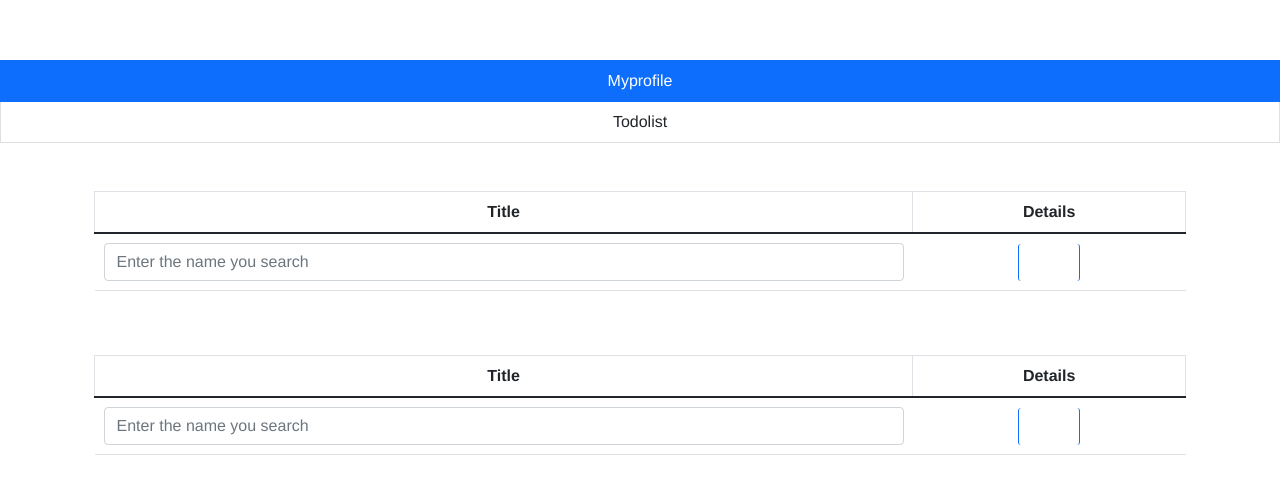
Repository: Shanshan67/todolist
Page: /#/profile
An editor plug-in stored every save of this project. The page is shown before and after the next save, followed by the edit.
The browser window is 1280 px wide. The pictures show the whole page.
The project was rebuilt for these pictures with package versions that can differ from the ones it lists, and the page was loaded fresh each time. Also part of the build but not shown: src/components/Dashboard.vue, src/components/Todolist.vue.

Above is the page before, as saved 2022-07-15 23:10:14.

### index.html
<!DOCTYPE html>
<html>
  <head>
    <meta charset="utf-8">
    <meta name="viewport" content="width=device-width,initial-scale=1.0">
    <title>baoge</title>
  </head>
  <body>
    <div id="app"></div>
    <!-- built files will be auto injected -->
  </body>
</html>

### src/main.js
// The Vue build version to load with the `import` command
// (runtime-only or standalone) has been set in webpack.base.conf with an alias.
import Vue from 'vue'
import App from './App'
import router from './router'
import store from './store'
import "bootstrap/dist/css/bootstrap.min.css"

Vue.config.productionTip = false

/* eslint-disable no-new */
new Vue({
  el: '#app',
  router,
  store,
  components: { App },
  template: '<App/>'
})

### src/App.vue
<template>
  <div id="app">
    <div>
      <router-link class="list-group-item" active-class="active" to="/profile">Myprofile</router-link>
      <router-link class="list-group-item" active-class="active" to="/todolist">Todolist</router-link>
    </div>
    <div>
      <router-view/>
    </div>
  </div>
</template>

<script>
export default {
  name: 'App'
}
</script>

<style>
#app {
  font-family: 'Avenir', Helvetica, Arial, sans-serif;
  -webkit-font-smoothing: antialiased;
  -moz-osx-font-smoothing: grayscale;
  text-align: center;
  color: #2c3e50;
  margin-top: 60px;
}
</style>

### src/router/index.js
import Vue from 'vue'
import Router from 'vue-router'
import Dashboard from '@/components/Dashboard'
import Myprofile from '../components/Myprofile'
import Todolist from '../components/Todolist'

Vue.use(Router)

export default new Router({
  routes: [
    {
      path: '/',
      name: 'Dashboard',
      component: Dashboard
    },
    {
			path:'/profile',
			component:Myprofile
		},
		{
			path:'/todolist',
			component:Todolist
		}
  ]
})

### src/store/index.js
import Vue from 'vue'
import Vuex from 'vuex'

Vue.use(Vuex)

//准备actions——用于响应组件中的动作
const actions = {
	jiaOdd(context,value){
		console.log('actions中的jiaOdd被调用了')
		if(context.state.sum % 2){
			context.commit('JIA',value)
		}
	},

}
//准备mutations——用于操作数据（state）
const mutations = {

}
//准备state——用于存储数据
const state = {

}
//准备getters——用于将state中的数据进行加工
const getters = {

}

export default new Vuex.Store({
	actions,
	mutations,
	state,
	getters
})

### src/components/Myprofile.vue
<template>
	<div class="container">
		<Search/>
		<List/>
	</div>
</template>

<script>
	import Search from './Search'
	import List from './List'
	export default {
		name:'Myprofile',
		components:{Search,List}
	}
</script>

### src/components/Search.vue
<template>
	<div class="container">
		<div class="row">
			<div class="col-12">
				<table class="table table-bordered mt-5">
					<thead>
						<tr>
							<th>Title</th>
							<th>Details</th>
						</tr>
					</thead>
					<tbody>
						<tr v-for="(item, i) in todoList" :key="i">
							<td class="align-middle w-75">

							</td>
							<td class="align-middle w-75">
								{{item.name}}
							</td>
						</tr>
					</tbody>
					<tfoot>
						<td class="align-middle text-center w-75">
							<div class="form-group">
								<input
									type="text"
									class="form-control"
									placeholder="Enter the name you search"
									v-model="todoItem.name"
								/>
							</div>
						</td>
						<td class="align-middle text-center w-75">
							<button
								class="btn btn-primary btn-sm mx-1"
								@click="handleSearch"
							>
								Search
							</button>
						</td>
					</tfoot>
				</table>
			</div>
		</div>
	</div>
</template>
<script>
	import Axios from "axios";
	const todoUrl = "http://localhost:3000/todos";
	export default {
		name:'Myprofile',
		data() {
			return {
				todoList:[],
				todoItem:{},
				editMode:false
			}
		},
		methods: {
			handleEdit(id){
				this.editMode=true;
				this.todoItem=this.todoList.find((item) => item.id == id);
			},
			handleCancel() {
				this.editMode=false;
				this.todoItem="";
			},
			async handleToDoItem(){
				const id=this.todoItem.id;
				if(this.editMode){
					await Axios.put(`${todoUrl}/${id}`, this.todoItem);
					this.editMode=false;
					this.todoItem.name="";
				}else{
					await Axios.post(todoUrl, this.todoItem);
					this.todoItem.name = "";
				}
				Axios.get(todoUrl).then((response) => (this.todoList = response.data));
			},
			async handleDelete(id) {
				await Axios.delete(`${todoUrl}/${id}`);
				Axios.get(todoUrl).then((response) => (this.todoList = response.data));
			}
		}
	}
</script>

### src/components/List.vue
<template>
	<div class="container">
		<div class="row">
			<div class="col-12">
				<table class="table table-bordered mt-5">
					<thead>
						<tr>
							<th>Title</th>
							<th>Details</th>
						</tr>
					</thead>
					<tbody>
						<tr v-for="(item, i) in todoList" :key="i">
							<td class="align-middle w-75">

							</td>
							<td class="align-middle w-75">
								{{item.name}}
							</td>
						</tr>
					</tbody>
					<tfoot>
						<td class="align-middle text-center w-75">
							<div class="form-group">
								<input
									type="text"
									class="form-control"
									placeholder="Enter the name you search"
									v-model="todoItem.name"
								/>
							</div>
						</td>
						<td class="align-middle text-center w-75">
							<button
								class="btn btn-primary btn-sm mx-1"
								@click="handleSearch"
							>
								Search
							</button>
						</td>
					</tfoot>
				</table>
			</div>
		</div>
	</div>
</template>

<script>
	import Axios from "axios";
	const todoUrl = "http://localhost:3000/todos";
	export default {
		name:'Myprofile',
		data() {
			return {
				todoList:[],
				todoItem:{},
				editMode:false
			}
		},
		methods: {
			handleEdit(id){
				this.editMode=true;
				this.todoItem=this.todoList.find((item) => item.id == id);
			},
			handleCancel() {
				this.editMode=false;
				this.todoItem="";
			},
			async handleToDoItem(){
				const id=this.todoItem.id;
				if(this.editMode){
					await Axios.put(`${todoUrl}/${id}`, this.todoItem);
					this.editMode=false;
					this.todoItem.name="";
				}else{
					await Axios.post(todoUrl, this.todoItem);
					this.todoItem.name = "";
				}
				Axios.get(todoUrl).then((response) => (this.todoList = response.data));
			},
			async handleDelete(id) {
				await Axios.delete(`${todoUrl}/${id}`);
				Axios.get(todoUrl).then((response) => (this.todoList = response.data));
			}
		}
	}
</script>

After the next save:
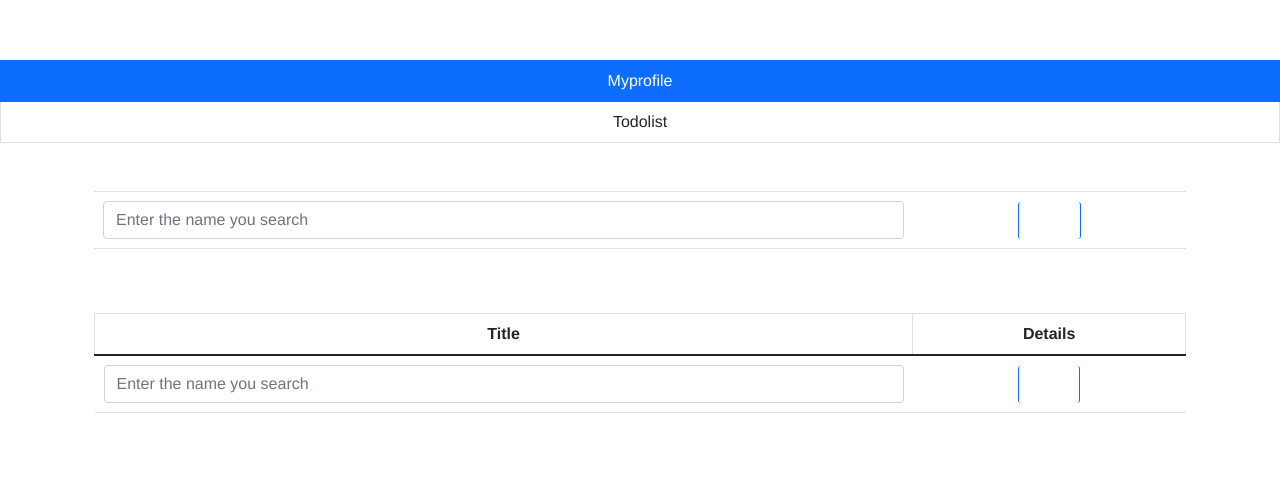
Saved 115 s later.
--- a/src/components/Search.vue
+++ b/src/components/Search.vue
@@ -3,22 +3,6 @@
 		<div class="row">
 			<div class="col-12">
 				<table class="table table-bordered mt-5">
-					<thead>
-						<tr>
-							<th>Title</th>
-							<th>Details</th>
-						</tr>
-					</thead>
-					<tbody>
-						<tr v-for="(item, i) in todoList" :key="i">
-							<td class="align-middle w-75">
-
-							</td>
-							<td class="align-middle w-75">
-								{{item.name}}
-							</td>
-						</tr>
-					</tbody>
 					<tfoot>
 						<td class="align-middle text-center w-75">
 							<div class="form-group">
